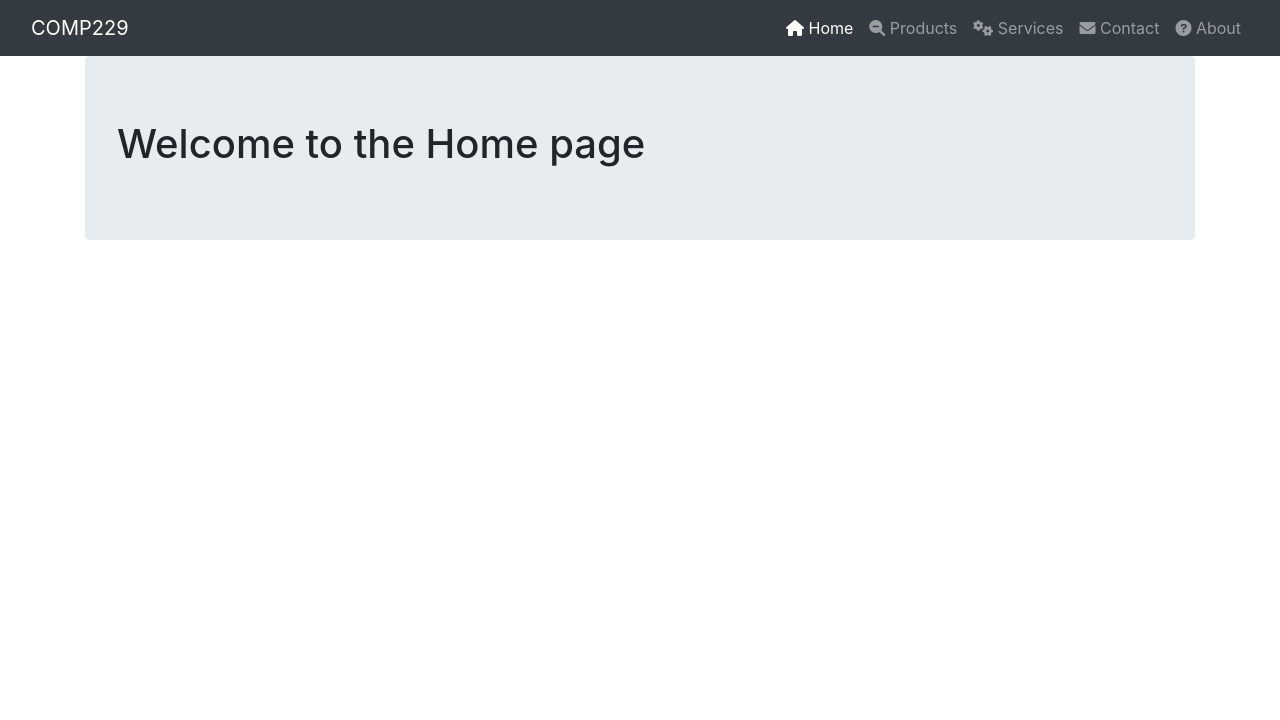
Repository: arsh16/week3_demo2
Page: http://localhost/
These files come from the project's save history. The page is drawn as it stood at one moment and after the next save; the edit follows.
The browser window is 1280 px wide. The pictures show the whole page.
Some web libraries are served in a nearby version. The page is served by the project's Node server (server.js).

Above is the page before, as saved 2021-09-30 12:01:47.

After the next save:
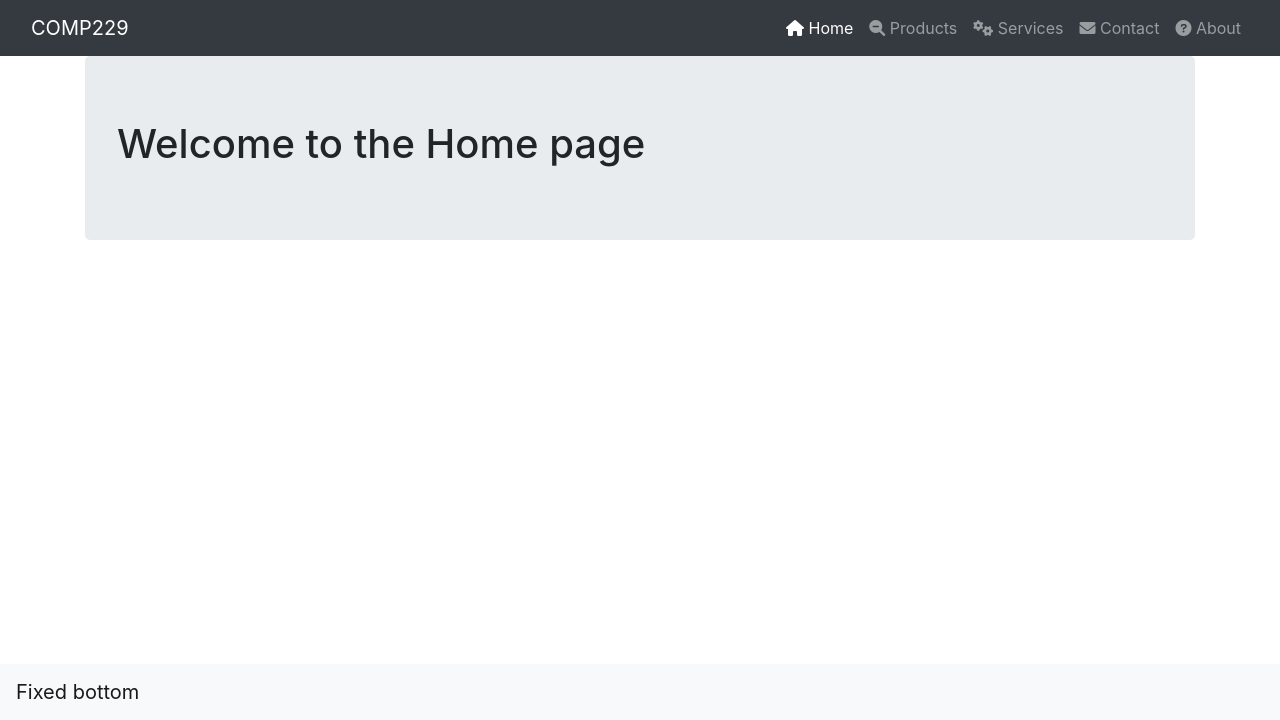
Saved 7 min 51 s later.
--- a/views/index.ejs
+++ b/views/index.ejs
@@ -83,6 +83,12 @@
   </div>
   </main>
 
+  <footer>
+    <nav class="navbar fixed-bottom navbar-light bg-light">
+  <a class="navbar-brand" href="#">Fixed bottom</a>
+</nav>
+    </footer>
+
   <!--scripts-->
   <script src="https://ajax.googleapis.com/ajax/libs/jquery/2.1.1/jquery.min.js"></script>
  <!-- <script src="/jquery/dist/jquery.min.js"></script>-->
